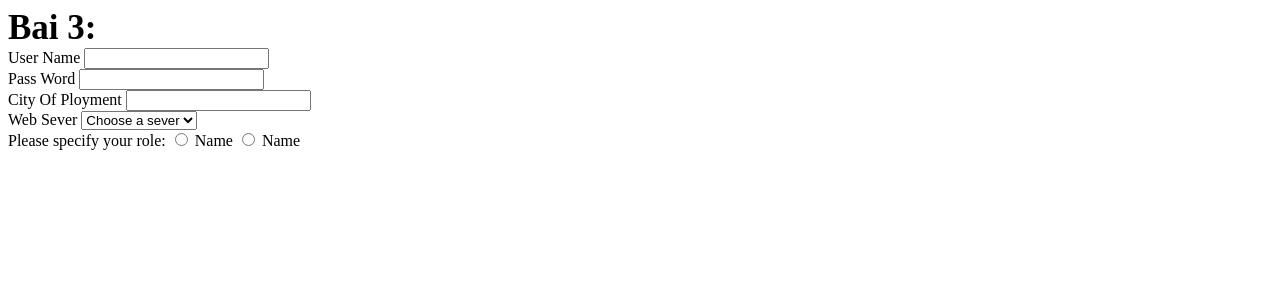
Repository: truongtn04/f8-fullstack-k5
Page: day03/ex03.html
These files come from the project's save history. The page is drawn as it stood at one moment and after the next save; the edit follows.
The browser window is 1280 px wide. The pictures show the whole page.

Above is the page before, as saved 2023-11-27 11:31:42.

### day03/ex03.html
<!DOCTYPE html>
<html lang="en">
<head>
    <meta charset="UTF-8">
    <meta name="viewport" content="width=device-width, initial-scale=1.0">
    <title>Document</title>
    <link rel="stylesheet" href="css/ex03.css">
</head>
<body>
    <b>Bai 3:</b>
    <form action="">
        <div class="form-item">
            <label for="name">User Name</label>
            <input type="text" required id="name">
        </div>
        <div class="form-item">
            <label for="password">Pass Word</label>
            <input type="password" id="password" required>
        </div>
        <div class="form-item">
            <label for="city">City Of Ployment</label>
            <input type="text" id="city" required>
        </div>
        <div class="form-item">
            <label for="sever">Web Sever</label>
            <select name="" id="sever">
                <option value="1">Choose a sever</option>
                <option value="2">1</option>
                <option value="3">2</option>
                <option value="4">3</option>
            </select>
        </div>
        <div class="form-item">
            <label for="">Please specify your role:
            </label>
            <input type="radio">
            <span>Name</span>
            <input type="radio">
            <span>Name</span>
        </div>
    </form>
</body>
</html>

### day03/css/ex03.css
b{
    font-size: 35px;
}

After the next save:
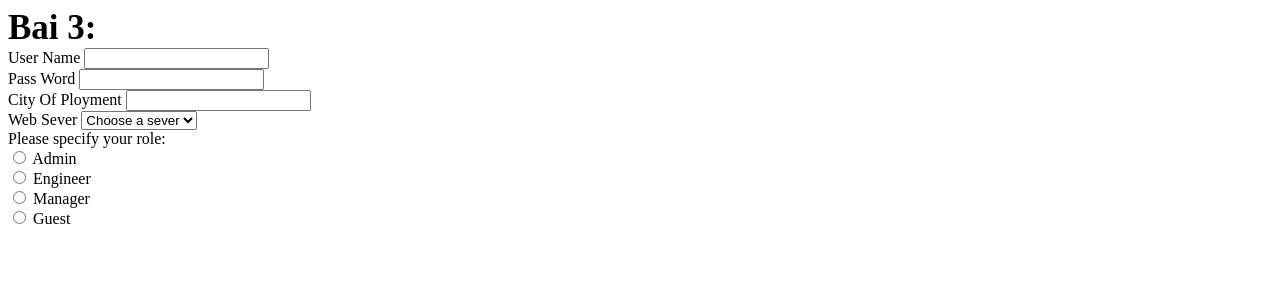
Saved 109 s later.
--- a/day03/ex03.html
+++ b/day03/ex03.html
@@ -33,10 +33,22 @@
         <div class="form-item">
             <label for="">Please specify your role:
             </label>
-            <input type="radio">
-            <span>Name</span>
-            <input type="radio">
-            <span>Name</span>
+            <div class="form-item__option">
+                <input type="radio">
+                <span>Admin</span>
+            </div>
+            <div class="form-item__option">
+                <input type="radio">
+                <span>Engineer</span>
+            </div>
+            <div class="form-item__option">
+                <input type="radio">
+                <span>Manager</span>
+            </div>
+            <div class="form-item__option">
+                <input type="radio">
+                <span>Guest</span>
+            </div>
         </div>
     </form>
 </body>
